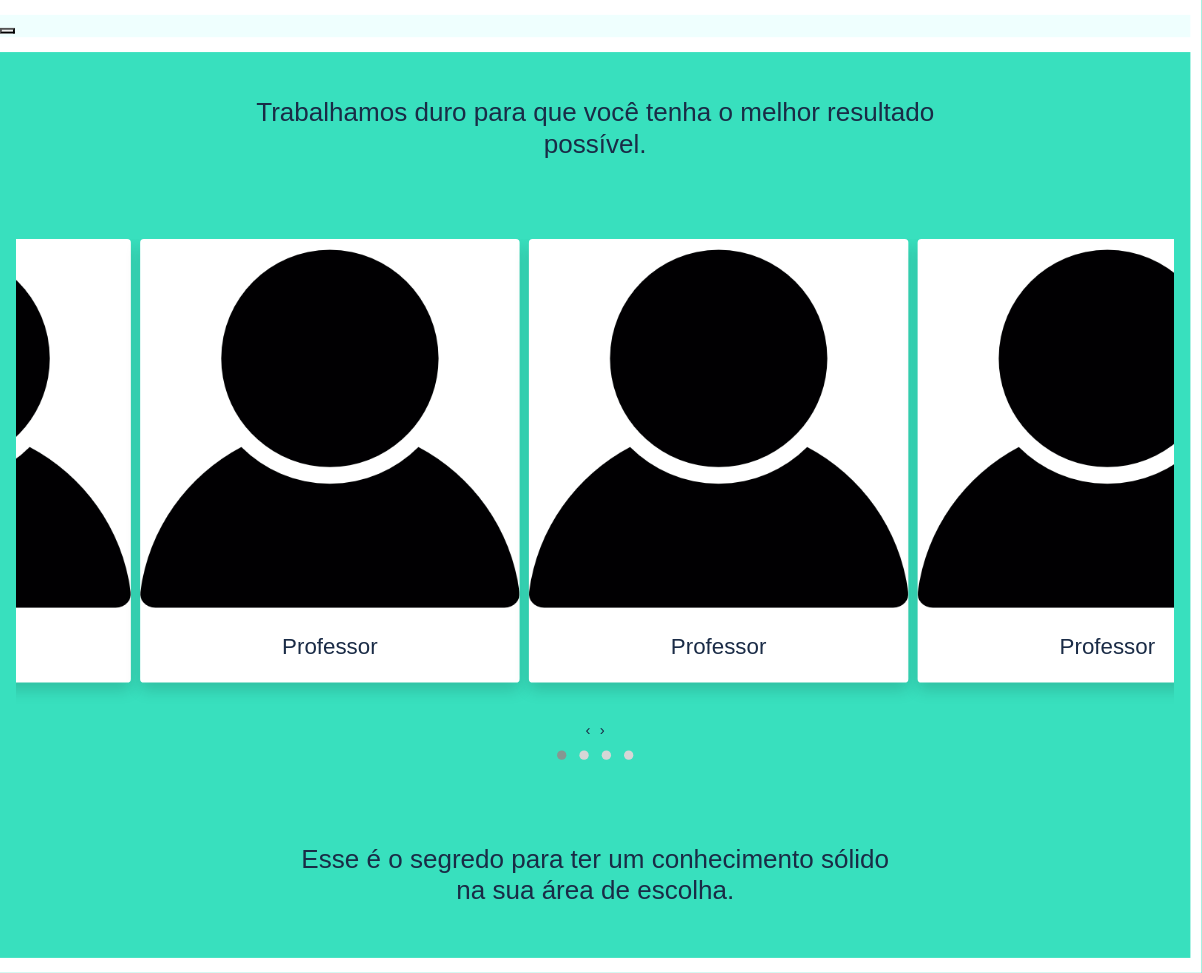
Repository: MarTech-Coders-Planejamento/site-oficial
Page: home.html
These files come from the project's save history. The page is drawn as it stood at one moment and after the next save; the edit follows.
The browser window is 1280 px wide. The page is 1292 px wide, so the pictures cover 1292 px, including what lies to the right of the window. The pictures show the whole page, at 93% of full size.
Some web fonts or font styles are not loaded; a fallback is used.

Above is the page before, as saved 2021-10-23 13:32:48.

### home.html
<!DOCTYPE html>
<html lang="pt-BR">
  <head>
    <meta charset="UTF-8" />
    <meta http-equiv="X-UA-Compatible" content="IE=edge" />
    <meta name="viewport" content="width=device-width, initial-scale=1.0" />
    <!--Fonts Google-->
    <link
      href="https://fonts.googleapis.com/css2?family=Tomorrow:wght@300;400;700&display=swap"
      rel="stylesheet"
    />

    <!-- Bootstrap CSS -->
    <link
      href="https://cdn.jsdelivr.net/npm/bootstrap@5.1.2/dist/css/bootstrap.min.css"
      rel="stylesheet"
      integrity="sha384-uWxY/CJNBR+1zjPWmfnSnVxwRheevXITnMqoEIeG1LJrdI0GlVs/9cVSyPYXdcSF"
      crossorigin="anonymous"
    />

    <!-- Styles -->
    <link rel="stylesheet" href="./css/home.css" />
    <link
      rel="stylesheet"
      href="https://cdnjs.cloudflare.com/ajax/libs/OwlCarousel2/2.3.4/assets/owl.carousel.min.css"
      integrity="sha512-tS3S5qG0BlhnQROyJXvNjeEM4UpMXHrQfTGmbQ1gKmelCxlSEBUaxhRBj/EFTzpbP4RVSrpEikbmdJobCvhE3g=="
      crossorigin="anonymous"
    />
    <link
      rel="stylesheet"
      href="https://cdnjs.cloudflare.com/ajax/libs/OwlCarousel2/2.3.4/assets/owl.theme.default.min.css"
      integrity="sha512-sMXtMNL1zRzolHYKEujM2AqCLUR9F2C4/05cdbxjjLSRvMQIciEPCQZo++nk7go3BtSuK9kfa/s+a4f4i5pLkw=="
      crossorigin="anonymous"
    />

    <title>Home</title>
  </head>
  <body>
    <div class="container-fluid">
      <!--cabeçalho fluido-->
      <header>
        <nav></nav>
      </header>
      <main>
        <section class="bg-one">
          <!--dobra1-->
          <article>
            <header></header>
            <h1></h1>
            <p></p>
            <figure></figure>
            <button></button>
          </article>
        </section>
        <section class="bg-two">
          <!--dobra2-->
          <article>
            <h2></h2>
            <p></p>
            <figure></figure>
          </article>
        </section>
        <section class="bg-one">
          <!--dobra3-->
          <article>
            <header></header>
            <p></p>
            <figure></figure>
          </article>
        </section>
        <section class="bg-two">
          <!--dobra4-->
          <div class="d-flex flex-column">
            <div class="d-flex flex-column">
              <p class="h3 p-5 text-center">
                Trabalhamos duro para que você tenha o melhor resultado <br />
                possível.
              </p>
            </div>
            <div class="row justify-content-center">
              <div id="slider-container" class="col-12">
                <div class="owl-carousel owl-theme">
                  <div class="item mb-4">
                    <div class="card border-0 shadow">
                      <img
                        src="/image/person.png"
                        alt=""
                        class="card-img-top img-fluid"
                      />
                      <div class="card-body">
                        <div class="card-title text-center">
                          <h4>Professor</h4>
                        </div>
                      </div>
                    </div>
                  </div>

                  <div class="item mb-4">
                    <div class="card border-0 shadow">
                      <img
                        src="/image/person.png"
                        alt=""
                        class="card-img-top img-fluid"
                      />
                      <div class="card-body">
                        <div class="card-title text-center">
                          <h4>Professor</h4>
                        </div>
                      </div>
                    </div>
                  </div>
                  <div class="item mb-4">
                    <div class="card border-0 shadow">
                      <img
                        src="/image/person.png"
                        alt=""
                        class="card-img-top img-fluid"
                      />
                      <div class="card-body">
                        <div class="card-title text-center">
                          <h4>Professor</h4>
                        </div>
                      </div>
                    </div>
                  </div>
                  <div class="item mb-4">
                    <div class="card border-0 shadow">
                      <img
                        src="/image/person.png"
                        alt=""
                        class="card-img-top img-fluid"
                      />
                      <div class="card-body">
                        <div class="card-title text-center">
                          <h4>Professor</h4>
                        </div>
                      </div>
                    </div>
                  </div>
                  <div class="item mb-4">
                    <div class="card border-0 shadow">
                      <img
                        src="/image/person.png"
                        alt=""
                        class="card-img-top img-fluid"
                      />
                      <div class="card-body">
                        <div class="card-title text-center">
                          <h4>Professor</h4>
                        </div>
                      </div>
                    </div>
                  </div>
                  <div class="item mb-4">
                    <div class="card border-0 shadow">
                      <img
                        src="/image/person.png"
                        alt=""
                        class="card-img-top img-fluid"
                      />
                      <div class="card-body">
                        <div class="card-title text-center">
                          <h4>Professor</h4>
                        </div>
                      </div>
                    </div>
                  </div>
                  <div class="item mb-4">
                    <div class="card border-0 shadow">
                      <img
                        src="/image/person.png"
                        alt=""
                        class="card-img-top img-fluid"
                      />
                      <div class="card-body">
                        <div class="card-title text-center">
                          <h4>Professor</h4>
                        </div>
                      </div>
                    </div>
                  </div>
                  <div class="item mb-4">
                    <div class="card border-0 shadow">
                      <img
                        src="/image/person.png"
                        alt=""
                        class="card-img-top img-fluid"
                      />
                      <div class="card-body">
                        <div class="card-title text-center">
                          <h4>Professor</h4>
                        </div>
                      </div>
                    </div>
                  </div>
                  <div class="item mb-4">
                    <div class="card border-0 shadow">
                      <img
                        src="/image/person.png"
                        alt=""
                        class="card-img-top img-fluid"
                      />
                      <div class="card-body">
                        <div class="card-title text-center">
                          <h4>Professor</h4>
                        </div>
                      </div>
                    </div>
                  </div>
                  <div class="item mb-4">
                    <div class="card border-0 shadow">
                      <img
                        src="/image/person.png"
                        alt=""
                        class="card-img-top img-fluid"
                      />
                      <div class="card-body">
                        <div class="card-title text-center">
                          <h4>Professor</h4>
                        </div>
                      </div>
                    </div>
                  </div>
                  <div class="item mb-4">
                    <div class="card border-0 shadow">
                      <img
                        src="/image/person.png"
                        alt=""
                        class="card-img-top img-fluid"
                      />
                      <div class="card-body">
                        <div class="card-title text-center">
                          <h4>Professor</h4>
                        </div>
                      </div>
                    </div>
                  </div>
                  <div class="item mb-4">
                    <div class="card border-0 shadow">
                      <img
                        src="/image/person.png"
                        alt=""
                        class="card-img-top img-fluid"
                      />
                      <div class="card-body">
                        <div class="card-title text-center">
                          <h4>Professor</h4>
                        </div>
                      </div>
                    </div>
                  </div>
                </div>
              </div>
            </div>
            <div class="d-flex flex-column">
              <p class="h3 p-5 text-center">
                Esse é o segredo para ter um conhecimento sólido <br />
                na sua área de escolha.
              </p>
            </div>
          </div>
        </section>
      </main>

      <footer class="bg-one">
        <!--footer-->
        <article></article>
        <p></p>
      </footer>
    </div>

    <!-- Owl Carousel -->

    <script src="https://cdnjs.cloudflare.com/ajax/libs/jquery/3.6.0/jquery.min.js"></script>

    <!-- Bootstrap Bundle javascript -->
    <script
      src="https://cdn.jsdelivr.net/npm/bootstrap@5.1.2/dist/js/bootstrap.bundle.min.js"
      integrity="sha384-kQtW33rZJAHjgefvhyyzcGF3C5TFyBQBA13V1RKPf4uH+bwyzQxZ6CmMZHmNBEfJ"
      crossorigin="anonymous"
    ></script>

    <!-- Owl Carousel -->

    <script
      src="https://cdnjs.cloudflare.com/ajax/libs/OwlCarousel2/2.3.4/owl.carousel.min.js"
      integrity="sha512-bPs7Ae6pVvhOSiIcyUClR7/q2OAsRiovw4vAkX+zJbw3ShAeeqezq50RIIcIURq7Oa20rW2n2q+fyXBNcU9lrw=="
      crossorigin="anonymous"
    ></script>

    <!-- Slider -->

    <script>
      $(".owl-carousel").owlCarousel({
        loop: true,
        autoplay: true,
        margin: 10,
        animateOut: "fadeOut",
        animateIn: "fadeIn",
        nav: true,
        autoplayHoverPause: true,
        responsive: {
          0: {
            items: 1,
            nav: false,
          },
          600: {
            items: 2,
            nav: false,
          },
          1000: {
            items: 3,
            nav: true,
            loop: false,
          },
        },
      });
    </script>
  </body>
</html>

### css/home.css
:root {
  --bg: #effffe;
  --bg2: #38e0be;
  --texto: #1a2b46;
}
* {
  font-family: "Tomorrow", sans-serif;
}

.container-fluid {
  padding-right: 0;
  padding-left: 0;
  margin-right: auto;
  margin-left: auto;
}

.bg-one {
  background-color: var(--bg);
  color: var(--texto);
}
.bg-two {
  background-color: var(--bg2);
  color: var(--texto);
}

/* Slider Container*/

#slider-container{
 padding: 30px;
 justify-content: center;
}

.card-img-top img{
  width: 300px;
}

.owl-stage{
  padding: 0 !important;
  overflow: hidden;
  display: block;
}

After the next save:
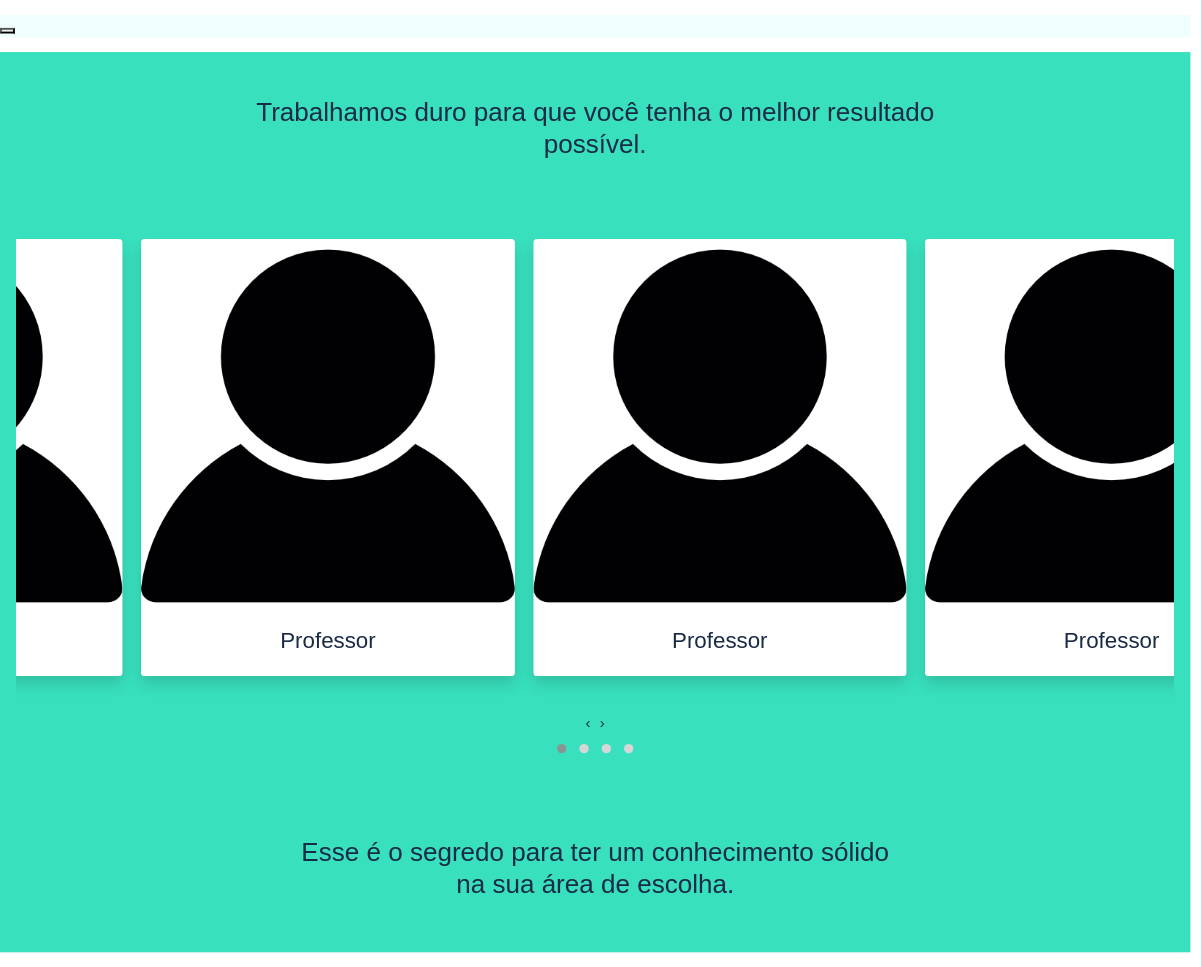
Saved 7 s later.
--- a/home.html
+++ b/home.html
@@ -294,7 +294,7 @@
       $(".owl-carousel").owlCarousel({
         loop: true,
         autoplay: true,
-        margin: 10,
+        margin: 20,
         animateOut: "fadeOut",
         animateIn: "fadeIn",
         nav: true,
